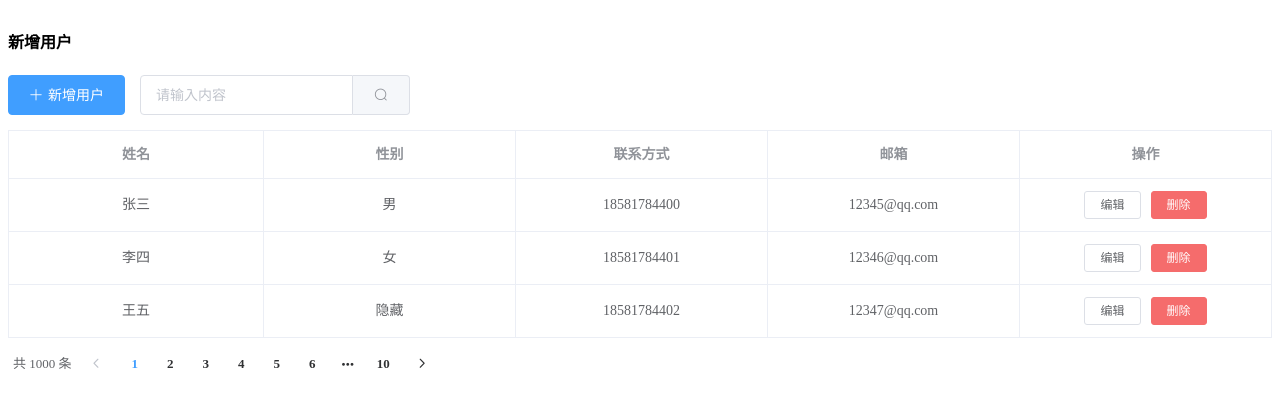
Repository: xinwuhao/New-user
Page: /
An editor plug-in stored every save of this project. The page is shown before and after the next save, followed by the edit.
The browser window is 1280 px wide. The pictures show the whole page.
The project was rebuilt for these pictures with package versions that can differ from the ones it lists, and the page was loaded fresh each time.

Above is the page before, as saved 2021-12-21 17:17:19.

After the next save:
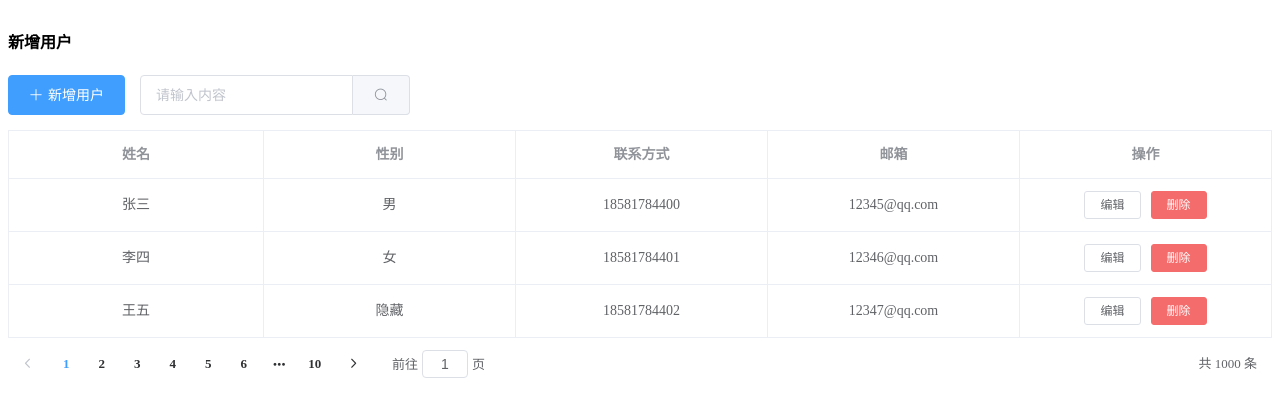
Saved 20 s later.
--- a/src/views/Home.vue
+++ b/src/views/Home.vue
@@ -54,7 +54,7 @@
             @current-change="handleCurrentChange"
             :current-page.sync="currentPage1"
             :page-size="100"
-            layout="total, prev, pager, next"
+
             :total="1000"
           >
           </el-pagination>

After the save that followed:
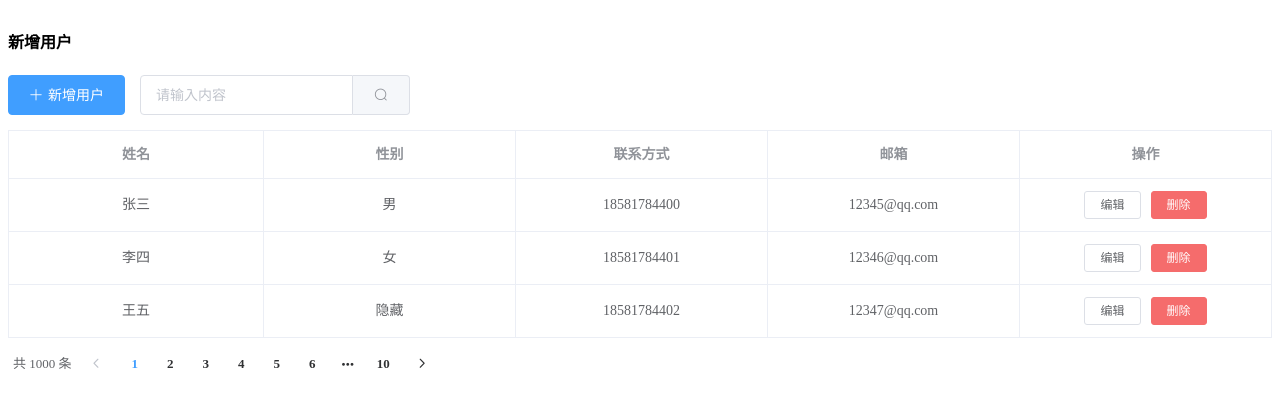
Saved 8 s later.
--- a/src/views/Home.vue
+++ b/src/views/Home.vue
@@ -54,7 +54,7 @@
             @current-change="handleCurrentChange"
             :current-page.sync="currentPage1"
             :page-size="100"
-
+            layout="total, prev, pager, next"
             :total="1000"
           >
           </el-pagination>
